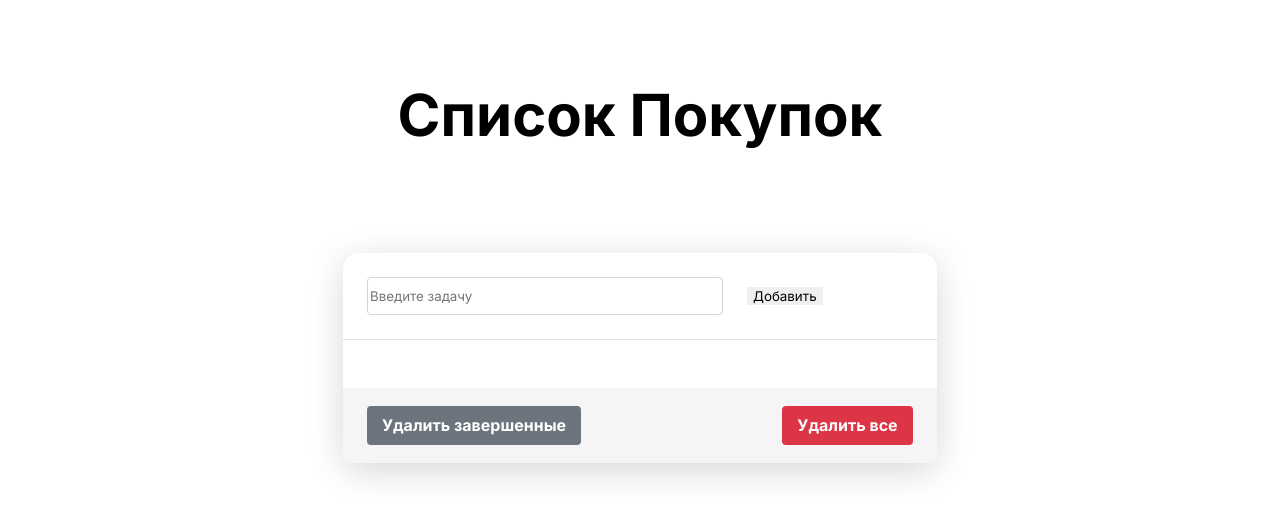
Repository: Tchistyakov/todolist
Page: /
These files come from the project's save history. The page is drawn as it stood at one moment and after the next save; the edit follows.
The browser window is 1280 px wide. The pictures show the whole page.
The project was rebuilt for these pictures with package versions that can differ from the ones it lists, and the page was loaded fresh each time.

Above is the page before, as saved 2021-12-22 01:01:17.

After the next save:
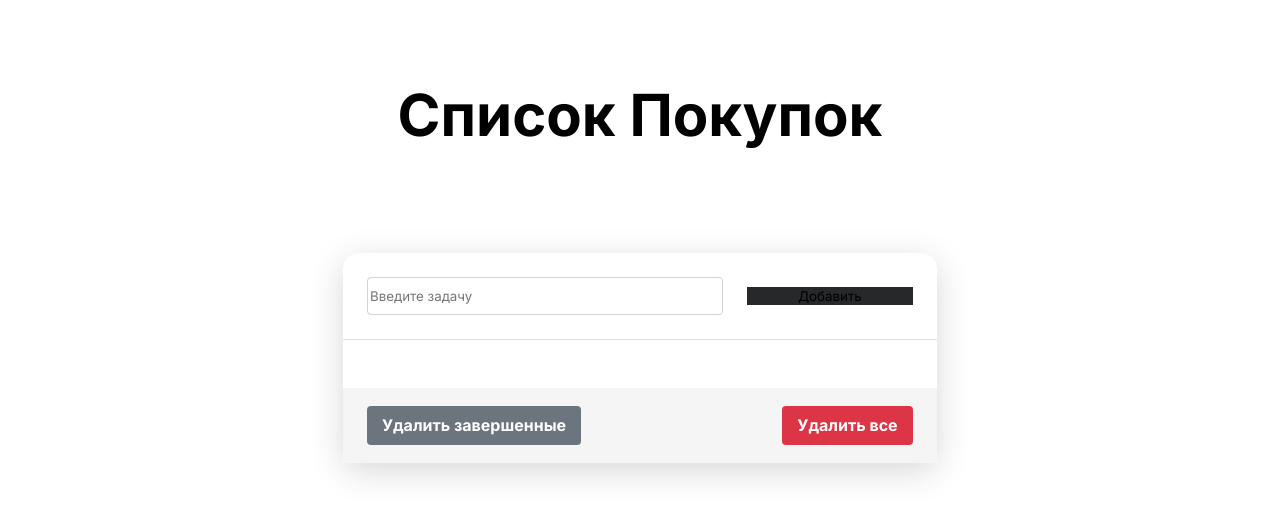
Saved 7 s later.
--- a/src/Component/Button.js
+++ b/src/Component/Button.js
@@ -2,7 +2,7 @@ import style from './Button.css';
 
 function Button({type, children}) {
     return (
-        <button className={`${style.btn}`}>
+        <button className={`${style.btn} ${type}`}>
             {children}
         </button>
     )
